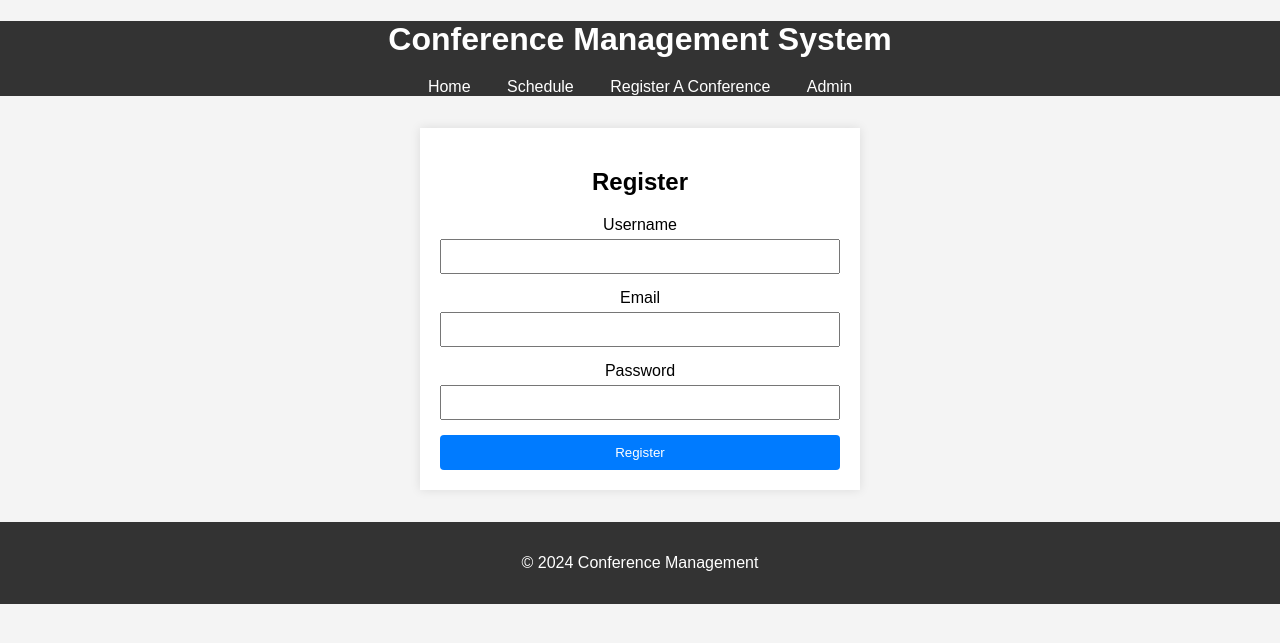
Repository: AMIT1439027/conferenceapp
Page: http://localhost/user_register.php
These files come from the project's save history. The page is drawn as it stood at one moment and after the next save; the edit follows.
The browser window is 1280 px wide. The pictures show the whole page.
The page is run by PHP 8.4 with error messages shown; the project is at /var/www/html/.

Above is the page before, as saved 2024-05-29 14:56:04.

After the next save:
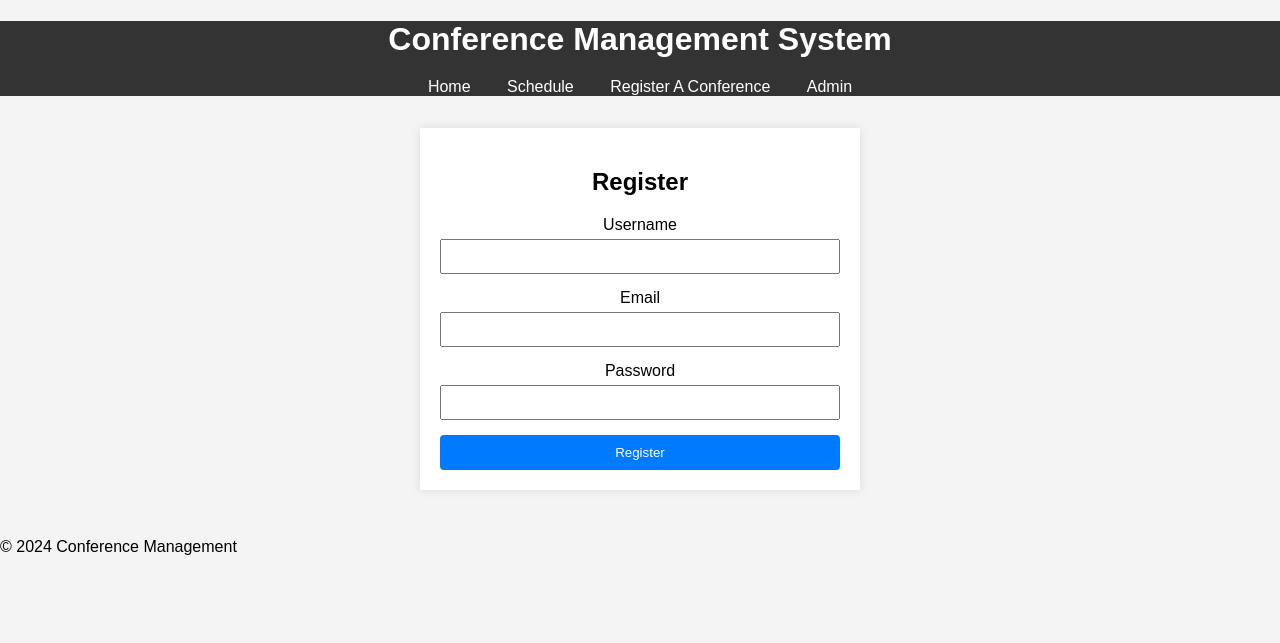
Saved 13 s later.
--- a/styles.css
+++ b/styles.css
@@ -24,7 +24,7 @@ main{
     text-align: center;
 }
 
-footer{
+/* footer{
     background-color: #333;
     color:#fff;
     padding: 1em 0;
@@ -32,7 +32,7 @@ footer{
     /* position: fixed; */
     bottom: 0;
     width: 100%;
-}
+} */
 
 
 
